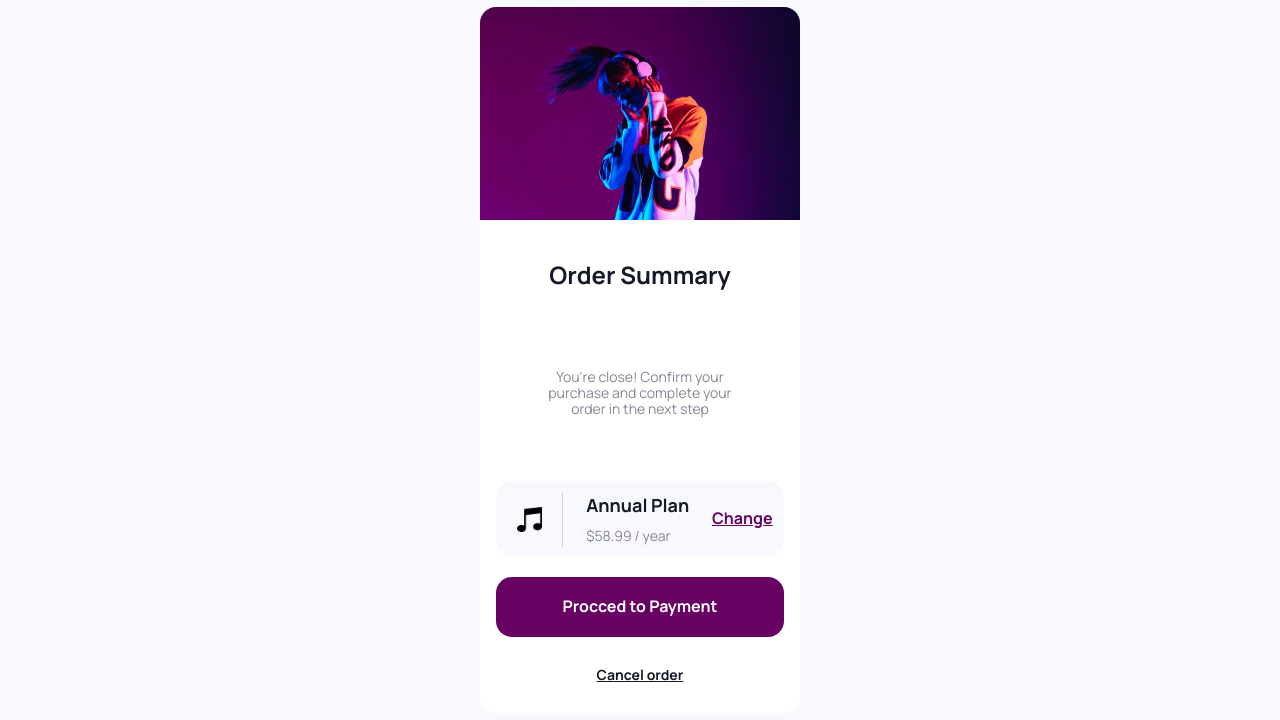
Repository: ssynowiec/INVO-Academy-solution
Page: /
These files come from the project's save history. The page is drawn as it stood at one moment and after the next save; the edit follows.
The browser window is 1280 px wide. The pictures show the whole page.
The project was rebuilt for these pictures with package versions that can differ from the ones it lists, and the page was loaded fresh each time.

Above is the page before, as saved 2023-03-04 20:41:27.

After the next save:
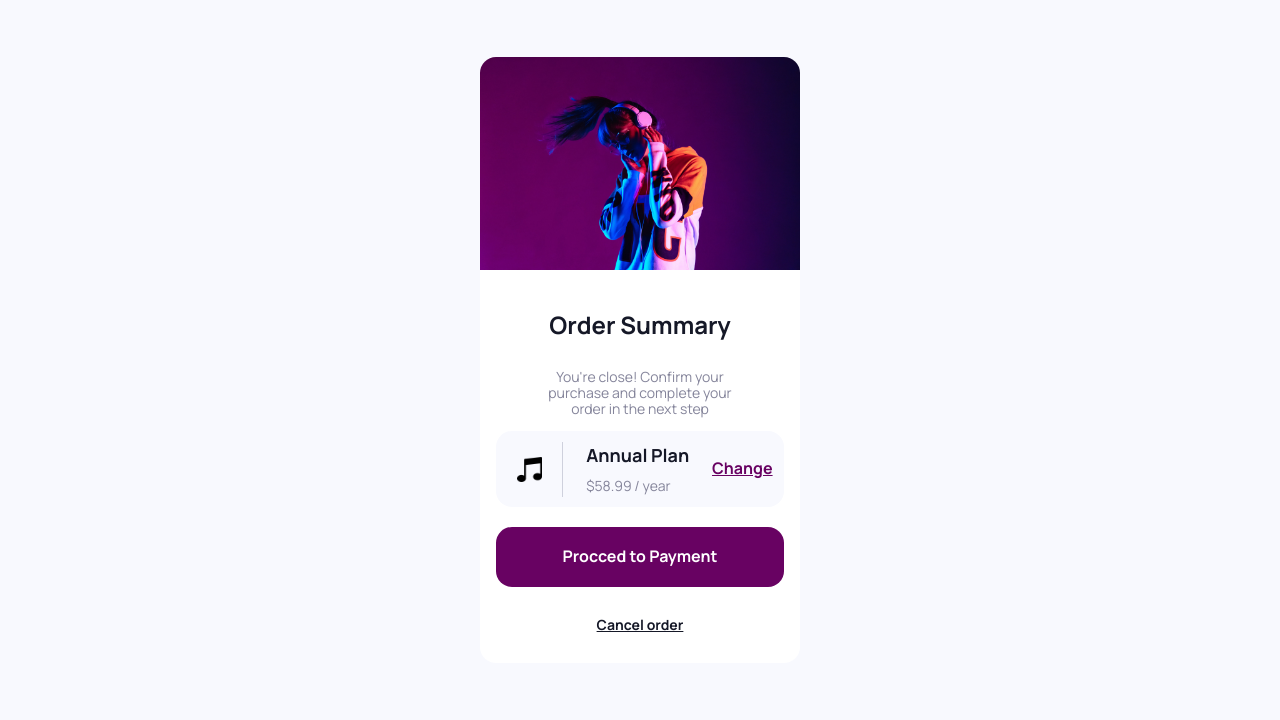
Saved 5 s later.
--- a/src/pages/home-page/styles/home-page.scss
+++ b/src/pages/home-page/styles/home-page.scss
@@ -111,7 +111,7 @@
 		width: 25%;
 
 		&-description {
-			padding: 50px;
+			padding: 0 50px;
 		}
 
 		&-summary {
